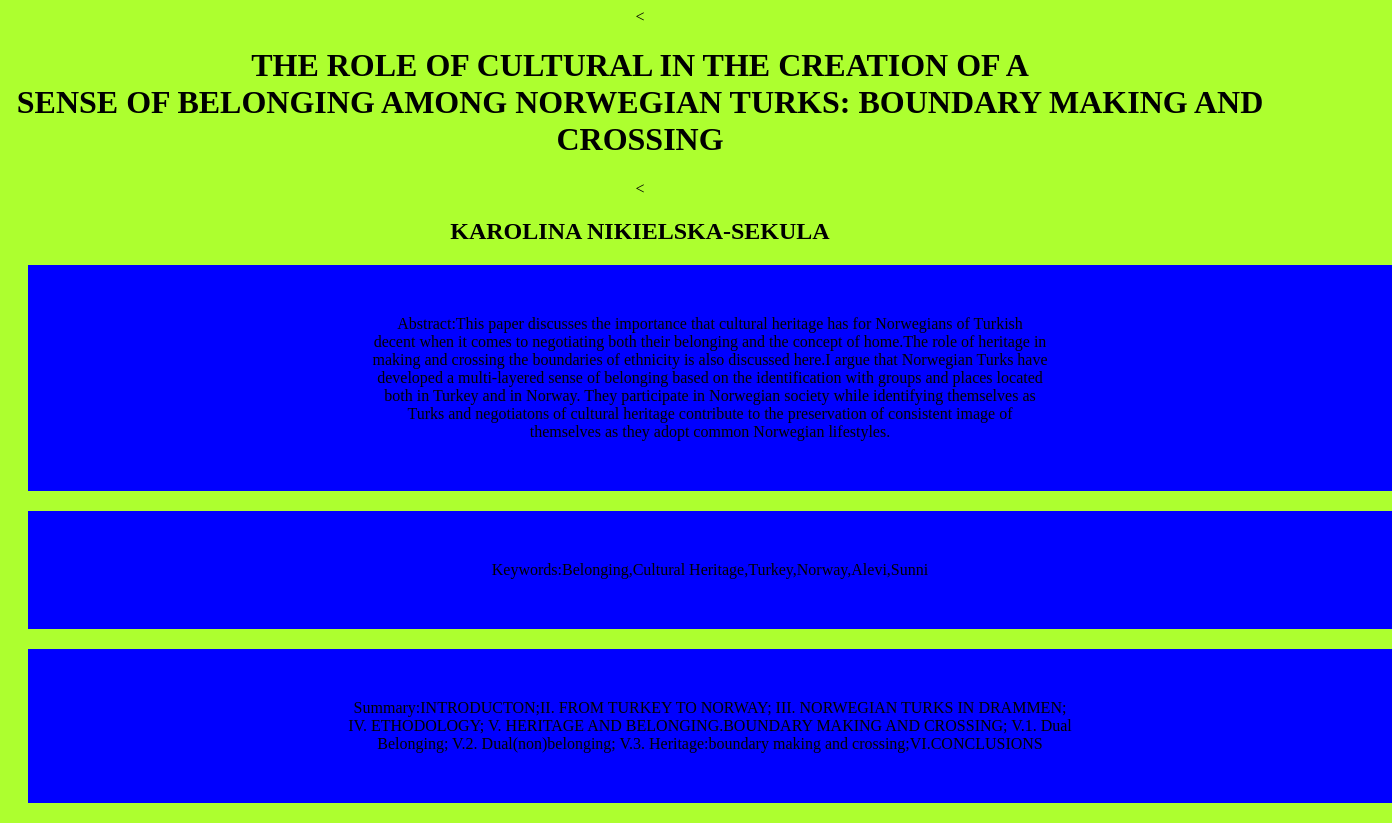
Repository: Pholi658/HTML-Task1
Page: Task2.html/No2.html
These files come from the project's save history. The page is drawn as it stood at one moment and after the next save; the edit follows.
The browser window is 1280 px wide. The page is 1392 px wide, so the pictures cover 1392 px, including what lies to the right of the window. The pictures show the whole page.

Above is the page before, as saved 2024-10-16 14:52:38.

After the next save:
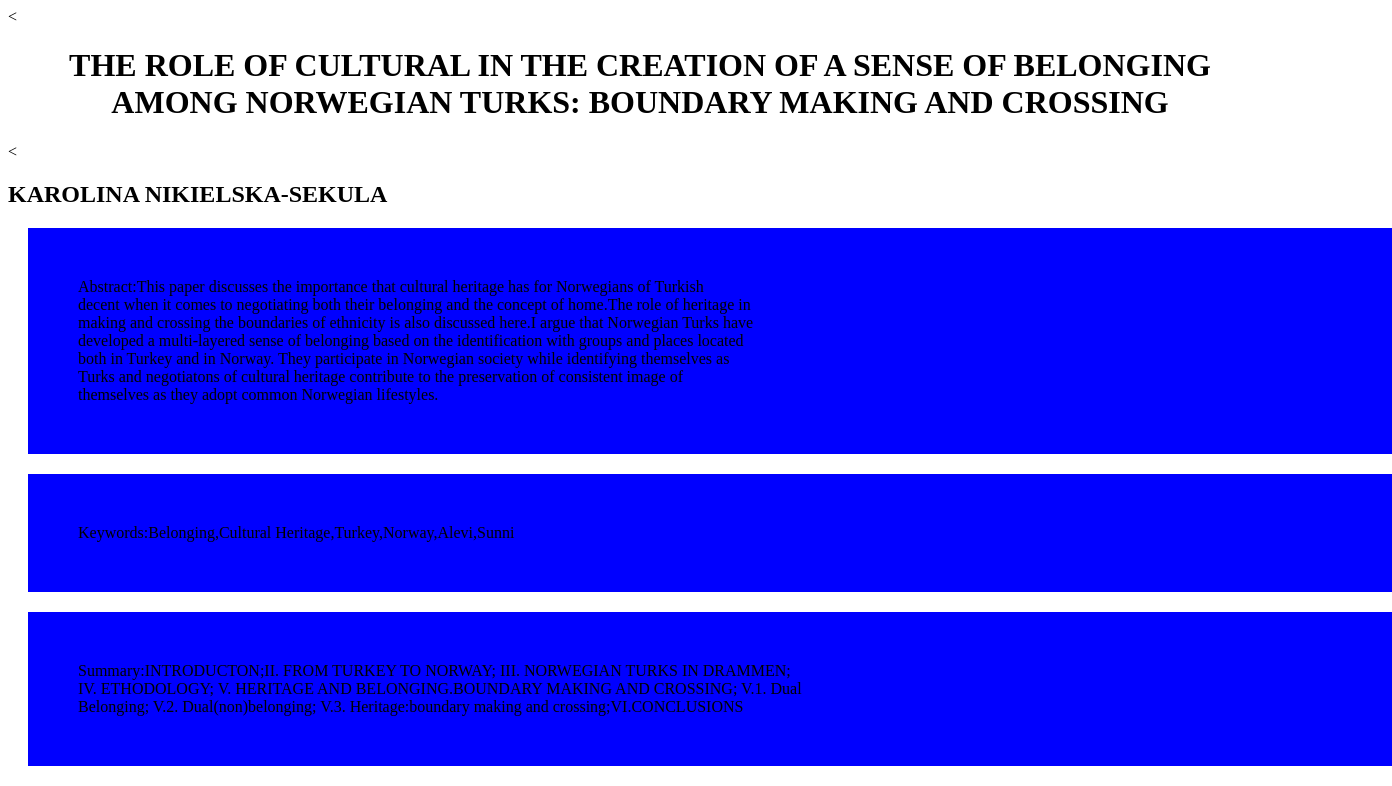
Saved 23 h 34 min later.
--- a/Task2.html/No2.html
+++ b/Task2.html/No2.html
@@ -3,9 +3,8 @@
 < <head>
     <title>no2 task</title>
     <style>
-        * {
+        h1 {
             text-align: center;
-            background-color: greenyellow;
         }
 
         p {
@@ -20,9 +19,9 @@
     </head>
 
     <body>
-        <h1>THE ROLE OF CULTURAL IN THE CREATION OF A<br>
+        <h1>THE ROLE OF CULTURAL IN THE CREATION OF A
             SENSE OF BELONGING AMONG NORWEGIAN TURKS:
-            BOUNDARY MAKING AND CROSSING<br>
+            BOUNDARY MAKING AND CROSSING
         </h1>
         <<h2>KAROLINA NIKIELSKA-SEKULA</h2>
             <p>Abstract:This paper discusses the importance that cultural heritage has for Norwegians of Turkish<br>
